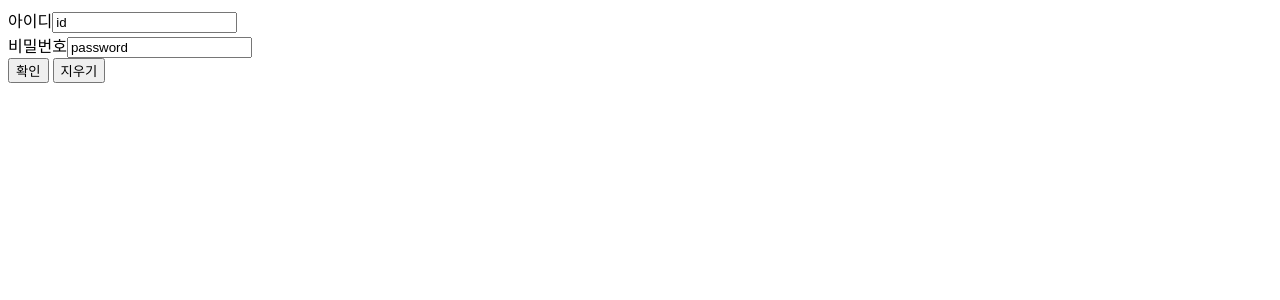
Repository: lee-ruru/jsp_practice
Page: http://localhost/JSPBasic/JspObject/3.cookie/cookie_login.jsp
An editor plug-in stored every save of this project. The page is shown before and after the next save, followed by the edit.
The browser window is 1280 px wide. The pictures show the whole page.
The page is served by Tomcat 9.

Above is the page before, as saved 2022-02-07 01:10:51.

### JSPBasic/src/main/webapp/JspObject/3.cookie/cookie_login.jsp
<%@ page language="java" contentType="text/html; charset=UTF-8"
    pageEncoding="UTF-8"%>
    <%
    // 생성된 user_id쿠키를 검색해서 쿠키가 존재한다면
    // 로그인 창 대신에 브라우저에 "이미 로그인한 사용자 입니다."
    // 를 출력해주시고, user_id가 없을때는 로그인 입력창이 등장하도록
    // if~else문을 활용해주세요.


    %>
<!DOCTYPE html>
<html>
<head>
<meta charset="UTF-8">
<title>Insert title here</title>
</head>
<body>
<!-- 로그인창은 form으로 구성해주시면 됩니다.
input text 1개(유저 아이디 입력), input password 1개(비밀번호 입력).
목적지는 cookie_login_ok.jsp로 해주세요. -->
	<form action = "cookie_login_ok.jsp" method="post">
	아이디<input type="text" name="user_id" value="id" /><br/>
	비밀번호<input type="text" name="user_password" value="password" /><br/>
	<input type = "submit" value="확인"/>
	<input type = "reset" value="지우기"/>
	</form>

</body>
</html>

After the next save:
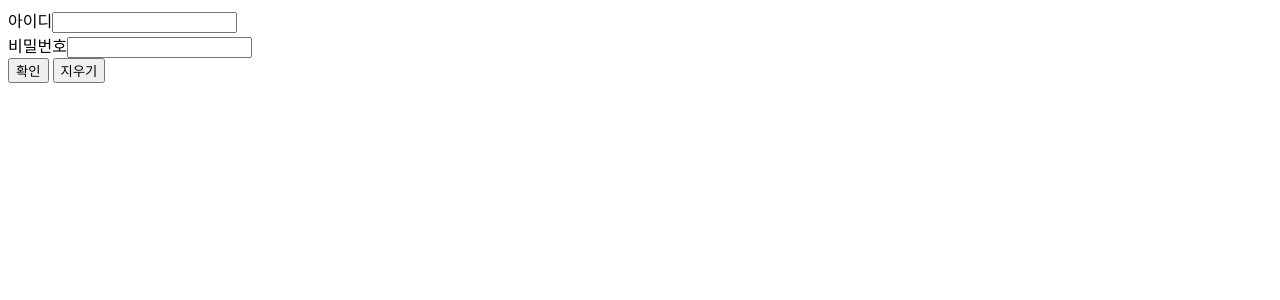
Saved 18 s later.
--- a/JSPBasic/src/main/webapp/JspObject/3.cookie/cookie_login.jsp
+++ b/JSPBasic/src/main/webapp/JspObject/3.cookie/cookie_login.jsp
@@ -19,8 +19,8 @@
 input text 1개(유저 아이디 입력), input password 1개(비밀번호 입력).
 목적지는 cookie_login_ok.jsp로 해주세요. -->
 	<form action = "cookie_login_ok.jsp" method="post">
-	아이디<input type="text" name="user_id" value="id" /><br/>
-	비밀번호<input type="text" name="user_password" value="password" /><br/>
+	아이디<input type="text" name="user_id"/><br/>
+	비밀번호<input type="text" name="user_password"/><br/>
 	<input type = "submit" value="확인"/>
 	<input type = "reset" value="지우기"/>
 	</form>
